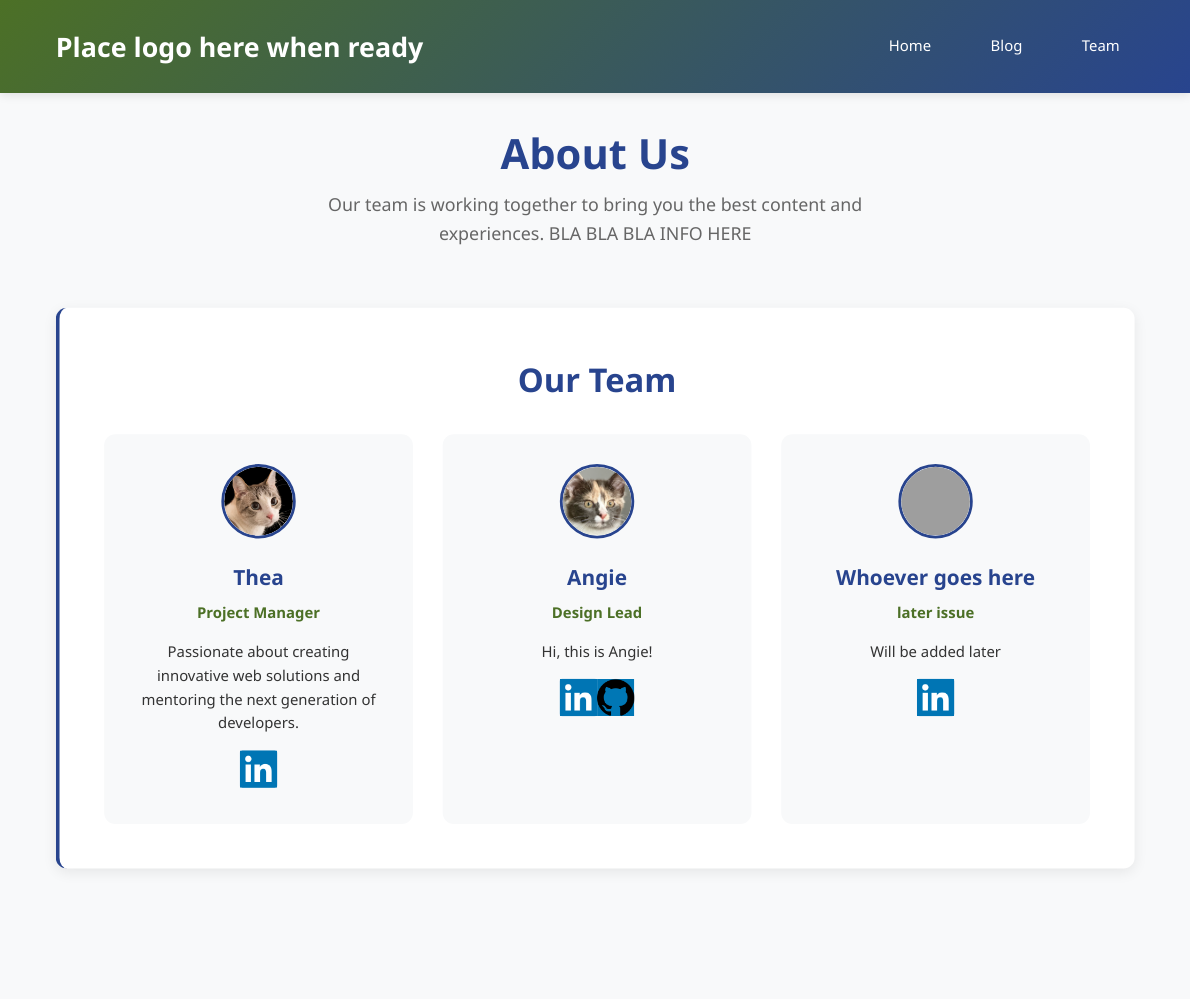
Repository: Bcit-sandy/TandemBlog
Page: /about
The author's editor kept a copy of each file at every save. The page is drawn from the files as they stood at one save, then again after the next save.
The browser window is 1280 px wide. The pictures show the whole page, at 93% of full size.
Pictures or frames that could not be fetched are drawn as grey boxes. The project was rebuilt for these pictures with package versions that can differ from the ones it lists, and the page was loaded fresh each time. Also part of the build but not shown: vite.config.js, src/pages/Home.css, src/pages/Blog.css, src/pages/Blog.jsx, src/pages/Home.jsx, src/pages/BlogPost.css, src/pages/BlogPost.jsx.

Above is the page before, as saved 2025-10-13 17:33:22.

### src/index.css
:root {
  /* Typography & base */
  font-family: system-ui, Avenir, Helvetica, Arial, sans-serif;
  line-height: 1.5;
  font-weight: 400;
  color-scheme: light dark;
  color: rgba(255, 255, 255, 0.87);
  background-color: #242424;
  font-synthesis: none;
  text-rendering: optimizeLegibility;
  -webkit-font-smoothing: antialiased;
  -moz-osx-font-smoothing: grayscale;

  /* Color variables */
  --white: #ffffff;
  --black: #000000;

  --light-gray: #f5f7fb;
  --text-gray: #6b7280;
  --dark-gray: #2c3e50;
  --gray-500: #7f8c8d;
  --gray-200: #ecf0f1;
  --border-light: #f0f0f0;

  --blue-primary: #3b82f6;
  --blue-secondary: #60a5fa;

  --green-primary: #10b981;
  --green-secondary: #34d399;

  --indigo: #667eea;
  --purple: #764ba2;

  --link: #646cff;
  --link-hover: #535bf2;
  --link-hover-light: #747bff;

  --button-bg-dark: #1a1a1a;
}

a {
  font-weight: 500;
  color: var(--link);
  text-decoration: inherit;
}
a:hover {
  color: var(--link-hover);
}

html, body {
  margin: 0;
  padding: 0;
  min-width: 320px;
  font-family: system-ui, Avenir, Helvetica, Arial, sans-serif;
  background-color: var(--light-gray);
  overflow-x: hidden;
}

h1 {
  font-size: 3.2em;
  line-height: 1.1;
}

button {
  border-radius: 8px;
  border: 1px solid transparent;
  padding: 0.6em 1.2em;
  font-size: 1em;
  font-weight: 500;
  font-family: inherit;
  background-color: var(--button-bg-dark);
  cursor: pointer;
  transition: border-color 0.25s;
}
button:hover {
  border-color: var(--link);
}
button:focus,
button:focus-visible {
  outline: 4px auto -webkit-focus-ring-color;
}

@media (prefers-color-scheme: light) {
  :root {
    color: #213547;
    background-color: var(--white);
  }
  a:hover {
    color: var(--link-hover-light);
  }
  button {
    background-color: #f9f9f9;
  }
}

### src/App.jsx
import { BrowserRouter as Router, Routes, Route } from 'react-router-dom';
import Navbar from './components/Navbar';
import Home from './pages/Home';
import Blog from './pages/Blog';
import BlogPost from './pages/BlogPost';
import About from './pages/About';
import './App.css';

function App() {
  return (
    <Router>
      <div className="App">
        <Navbar />
        <main>
          <Routes>
            <Route path="/" element={<Home />} />
            <Route path="/blog" element={<Blog />} />
            <Route path="/blog/:id" element={<BlogPost />} />
            <Route path="/about" element={<About />} />
          </Routes>
        </main>
      </div>
    </Router>
  );
}

export default App;

### src/components/Navbar.jsx
import { Link } from 'react-router-dom';
import './Navbar.css';

const Navbar = () => {
  return (
    <nav className="navbar">

      <div className="nav-container">
        <Link to="/" className="nav-logo">
          Place logo here when ready
          {/*remeber to put the logo in the public folder, import it, and use <img src={logo} alt="logo" /> */}
        </Link>

        <ul className="nav-menu">
          <li className="nav-item">
            <Link to="/" className="nav-link">
              Home
            </Link>
          </li>

          <li className="nav-item">
            <Link to="/blog" className="nav-link">
              Blog
            </Link>
          </li>

          <li className="nav-item">
            <Link to="/about" className="nav-link">
              Team
            </Link>
          </li>

        </ul>
      </div>
    </nav>
  );
};

export default Navbar;

### src/pages/About.jsx
import { useState, useEffect } from 'react';
import './About.css';
import teamData from '../data/team.json';

const About = () => {
  const [team, setTeam] = useState([]);

  useEffect(() => {
    setTeam(teamData);
  }, []);

  return (
    <div className="about">
      <div className="about-container">
        <header className="about-header">
          <h1>About Us</h1>
          <p>Our team is working together to bring you the best content and experiences. BLA BLA BLA INFO HERE</p>
        </header>

        <section className="about-content">


          <div className="team">
            <h2>Our Team</h2>
            <div className="team-grid">
              {team.map(member => (
                <div key={member.id} className="team-member">
                  <div className="member-avatar">
                    <img src={`/Team/${member.avatar}`} alt={member.name} />
                  </div>
                  <h3>{member.name}</h3>
                  <p className="role">{member.role}</p>
                  <p>{member.bio}</p>
                  <div className="social-links">
                    {member.linkedin && (
                      <a
                        href={member.linkedin}
                        target="_blank"
                        rel="linkedin"
                        contact-label={`${member.name}'s LinkedIn`}
                      >
                        <img className="contact-icon" src="../public/Team/linkedin.png" alt={member.name + "'s LinkedIn"} />
                      </a>
                    )}
                    {member.github && (
                      <a
                        href={member.github}
                        target="_blank"
                        rel="github"
                        contact-label={`${member.name}'s GitHub`}
                      >
                        <img className="contact-icon" src="../public/Team/github.png" alt={member.name + "'s GitHub"} />
                      </a>
                    )}
                  </div>
                </div>
              ))}
            </div>
          </div>

        </section>
      </div>
    </div>
  );
};

export default About;

### src/App.css
/* Color Variables */
:root {
  --green-primary: #4C7026;
  --green-secondary: #B6CF7B;
  --blue-primary: #28448E;
  --blue-secondary: #73A4CD;
  --white: #ffffff;
  --light-gray: #f8f9fa;
  --dark-gray: #333333;
  --text-gray: #666666;
}

/* Global Styles */
* {
  margin: 0;
  padding: 0;
  box-sizing: border-box;
}

body {
  font-family: 'Segoe UI', Tahoma, Geneva, Verdana, sans-serif;
  line-height: 1.6;
  color: #333;
  background-color: #f8f9fa;
}

.App {
  min-height: 100vh;
  display: flex;
  flex-direction: column;
  width: 100%;
}

main {
  flex: 1;
  width: 100%;
  display: flex;
  flex-direction: column;
}

/* Utility Classes */
.container {
  max-width: 1200px;
  margin: 0 auto;
  padding: 0 20px;
}

.btn {
  display: inline-block;
  padding: 12px 24px;
  border: none;
  border-radius: 6px;
  text-decoration: none;
  font-weight: 600;
  cursor: pointer;
  transition: all 0.3s ease;
}

.btn-primary {
  background-color: var(--green-primary);
  color: var(--white);
}

.btn-primary:hover {
  background-color: var(--green-secondary);
  transform: translateY(-2px);
}

.btn-secondary {
  background-color: var(--blue-primary);
  color: var(--white);
}

.btn-secondary:hover {
  background-color: var(--blue-secondary);
  transform: translateY(-2px);
}

/* Responsive Design */
@media (max-width: 768px) {
  main {
    padding-top: 70px;
  }

  .container {
    padding: 0 15px;
  }
}

### src/components/Navbar.css
.navbar {
  position: fixed;
  top: 0;
  left: 0;
  right: 0;
  background: linear-gradient(135deg, var(--green-primary), var(--blue-primary));
  box-shadow: 0 2px 10px rgba(0, 0, 0, 0.1);
  z-index: 1000;
  height: 100px;
}

.nav-container {
  max-width: 1200px;
  margin: 0 auto;
  padding: 0 20px;
  display: flex;
  justify-content: space-between;
  align-items: center;
  height: 100%;
}

.nav-logo {
  font-size: 1.8rem;
  font-weight: bold;
  color: var(--white);
  text-decoration: none;
  transition: color 0.3s ease;
}

.nav-logo:hover {
  color: var(--green-secondary);
}

.nav-menu {
  display: flex;
  list-style: none;
  gap: 2rem;
  margin: 0;
  padding: 0;
}

.nav-item {
  position: relative;
}

.nav-link {
  color: var(--white);
  text-decoration: none;
  font-weight: 500;
  padding: 8px 16px;
  border-radius: 6px;
  transition: all 0.3s ease;
  position: relative;
}

.nav-link:hover {
  background-color: rgba(255, 255, 255, 0.1);
  color: var(--green-secondary);
}

.nav-link::after {
  content: '';
  position: absolute;
  bottom: -5px;
  left: 50%;
  width: 0;
  height: 2px;
  background-color: var(--green-secondary);
  transition: all 0.3s ease;
  transform: translateX(-50%);
}

.nav-link:hover::after {
  width: 80%;
}

/* Mobile Navigation */
@media (max-width: 768px) {
  .nav-container {
    padding: 0 15px;
  }

  .nav-logo {
    font-size: 1.5rem;
  }

  .nav-menu {
    gap: 1rem;
  }

  .nav-link {
    padding: 6px 12px;
    font-size: 0.9rem;
  }
}

@media (max-width: 480px) {
  .nav-menu {
    gap: 0.5rem;
  }

  .nav-link {
    padding: 4px 8px;
    font-size: 0.8rem;
  }
}

### src/pages/About.css
.about {
  width: 100%;
  background-color: var(--light-gray);
  padding: 40px 0;
  min-height: 80vh;
}

.about-container {
  max-width: 1200px;
  width: 100%;
  margin: 100px auto;
  padding: 0 20px;
}

.about-header {
  text-align: center;
  margin-bottom: 4rem;
}

.about-header h1 {
  font-size: 2.8rem;
  color: var(--blue-primary);
  margin-bottom: 1rem;
  font-weight: 700;
}

.about-header p {
  font-size: 1.2rem;
  color: var(--text-gray);
  max-width: 600px;
  margin: 0 auto;
}

.about-content {
  display: grid;
  gap: 4rem;
}


.team {
  background: var(--white);
  padding: 3rem;
  border-radius: 12px;
  box-shadow: 0 4px 15px rgba(0, 0, 0, 0.08);
  border-left: 4px solid var(--blue-primary);
}

.team h2 {
  color: var(--blue-primary);
  font-size: 2.2rem;
  margin-bottom: 2rem;
  font-weight: 600;
  text-align: center;
}

.team-grid {
  display: grid;
  grid-template-columns: repeat(auto-fit, minmax(300px, 1fr));
  gap: 2rem;
}

.team-member {
  text-align: center;
  padding: 2rem;
  background: var(--light-gray);
  border-radius: 12px;
  transition: all 0.3s ease;
}

.member-avatar {
  width: 80px;
  height: 80px;
  border-radius: 50%;
  display: flex;
  align-items: center;
  justify-content: center;
  margin: 0 auto 1.5rem;
  overflow: hidden;
  border: 3px solid var(--blue-primary);
}

.member-avatar img {
  width: 100%;
  height: 100%;
  object-fit: cover;
  border-radius: 50%;
}

.team-member h3 {
  color: var(--blue-primary);
  font-size: 1.4rem;
  margin-bottom: 0.5rem;
  font-weight: 600;
}

.role {
  color: var(--green-primary);
  font-weight: 600;
  margin-bottom: 1rem;
  font-size: 1rem;
}

.team-member p:last-child {
  color: var(--text-gray);
  line-height: 1.6;
}

.contact-icon {
  width: 40px;
  height:40px;
  margin-top: 1rem;
  background-color: #0077b5;
  color: white;
}

.linkedin-icon:hover {
  background-color: #005885;
  transform: translateY(-2px);
  box-shadow: 0 4px 12px rgba(0, 119, 181, 0.3);
}

.github-icon {
  background-color: #333;
  color: white;
}

.github-icon:hover {
  background-color: #000;
  transform: translateY(-2px);
  box-shadow: 0 4px 12px rgba(0, 0, 0, 0.3);
}

/* Responsive Design */
@media (max-width: 768px) {
  .about-header h1 {
    font-size: 2.2rem;
  }

  .about-header p {
    font-size: 1rem;
  }

  .team {
    padding: 2rem;
  }

 .team h2 {
    font-size: 1.8rem;
  }

  .team-grid {
    grid-template-columns: 1fr;
  }


  .team-member {
    padding: 1.5rem;
  }
}

@media (max-width: 480px) {
  .about {
    padding: 20px 0;
    min-height: 70vh;
  }

  .about-container {
    padding: 0 15px;
  }

  .about-header h1 {
    font-size: 1.8rem;
  }

  .team {
      padding: 1.5rem;
    }

  .team h2 {
      font-size: 1.5rem;
    }

  .team-member {
    padding: 1rem;
  }

  .member-avatar {
    width: 60px;
    height: 60px;
  }

  .social-link {
    width: 35px;
    height: 35px;
  }
}

### src/data/team.json
[
  {
    "id": 1,
    "name": "Thea",
    "role": "Project Manager",
    "bio": "Passionate about creating innovative web solutions and mentoring the next generation of developers.",
    "avatar": "Thea.png",
    "linkedin": "https://www.linkedin.com/in/thea-profile"
  },
  {
    "id": 2,
    "name": "Angie",
    "role": "Design Lead",
    "bio": "Hi, this is Angie!",
    "avatar": "Angie.png",
    "linkedin": "https://www.linkedin.com/in/angie-profile",
    "github": "https://github.com/angie-design"
  },
  {
    "id": 3,
    "name": "Whoever goes here",
    "role": "later issue",
    "bio": "Will be added later",
    "avatar": "placeholder.png",
    "linkedin": "https://www.linkedin.com/in/placeholder-profile"
  }
]

Loaded but not shown: index.html (common file); src/main.jsx (common file)

After the next save:
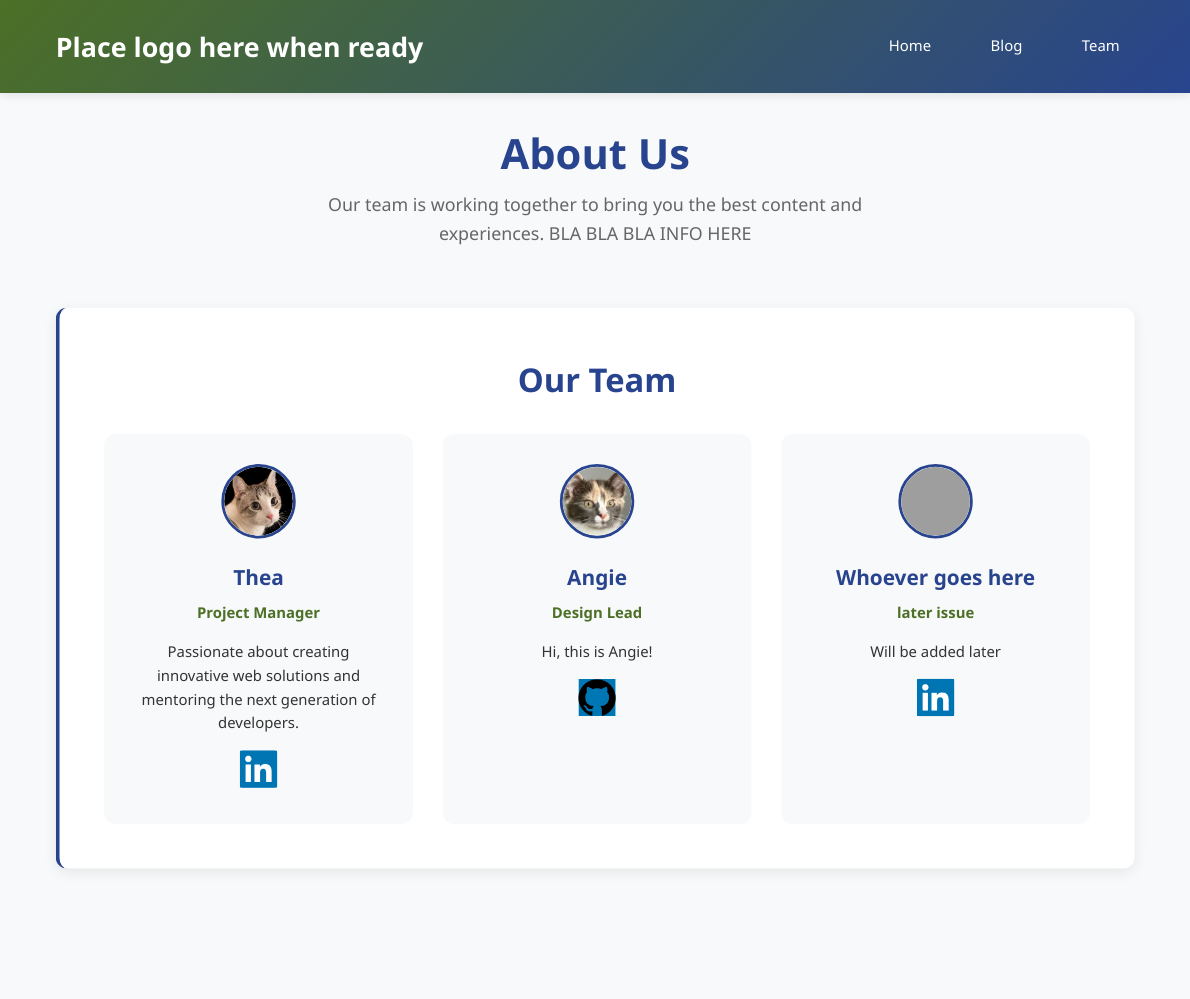
Saved 5 s later.
--- a/src/data/team.json
+++ b/src/data/team.json
@@ -13,7 +13,6 @@
     "role": "Design Lead",
     "bio": "Hi, this is Angie!",
     "avatar": "Angie.png",
-    "linkedin": "https://www.linkedin.com/in/angie-profile",
     "github": "https://github.com/angie-design"
   },
   {
